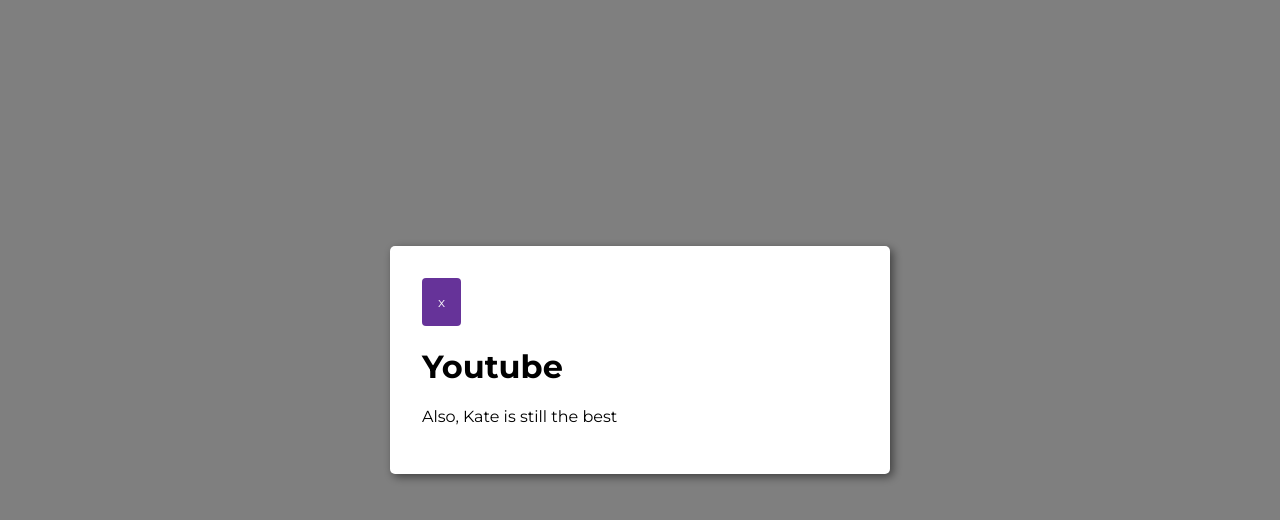
Repository: kate30980/js-practice
Page: popup-modal/index.html
These files come from the project's save history. The page is drawn as it stood at one moment and after the next save; the edit follows.
The browser window is 1280 px wide. The pictures show the whole page.

Above is the page before, as saved 2021-08-28 23:21:19.

After the next save:
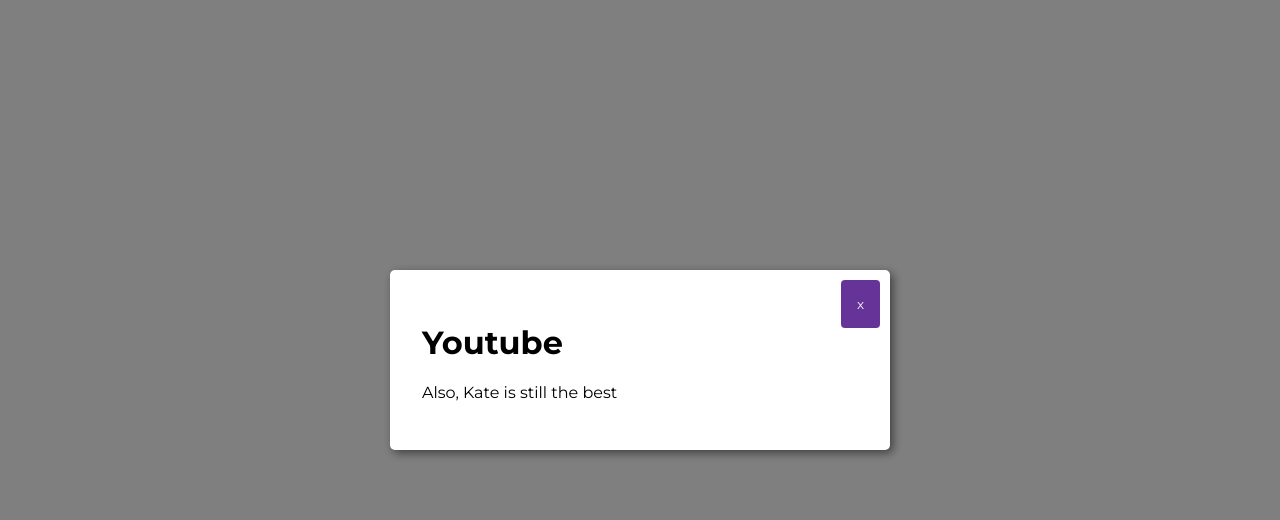
Saved 49 s later.
--- a/popup-modal/style.css
+++ b/popup-modal/style.css
@@ -32,4 +32,10 @@
     padding: 2rem;
     width: 500px;
     box-shadow: 3px 3px 10px rgba(0,0,0,0.5);
+    position: relative;
 }
+.popup button{
+    position: absolute;
+    top: 10px;
+    right: 10px;
+}
